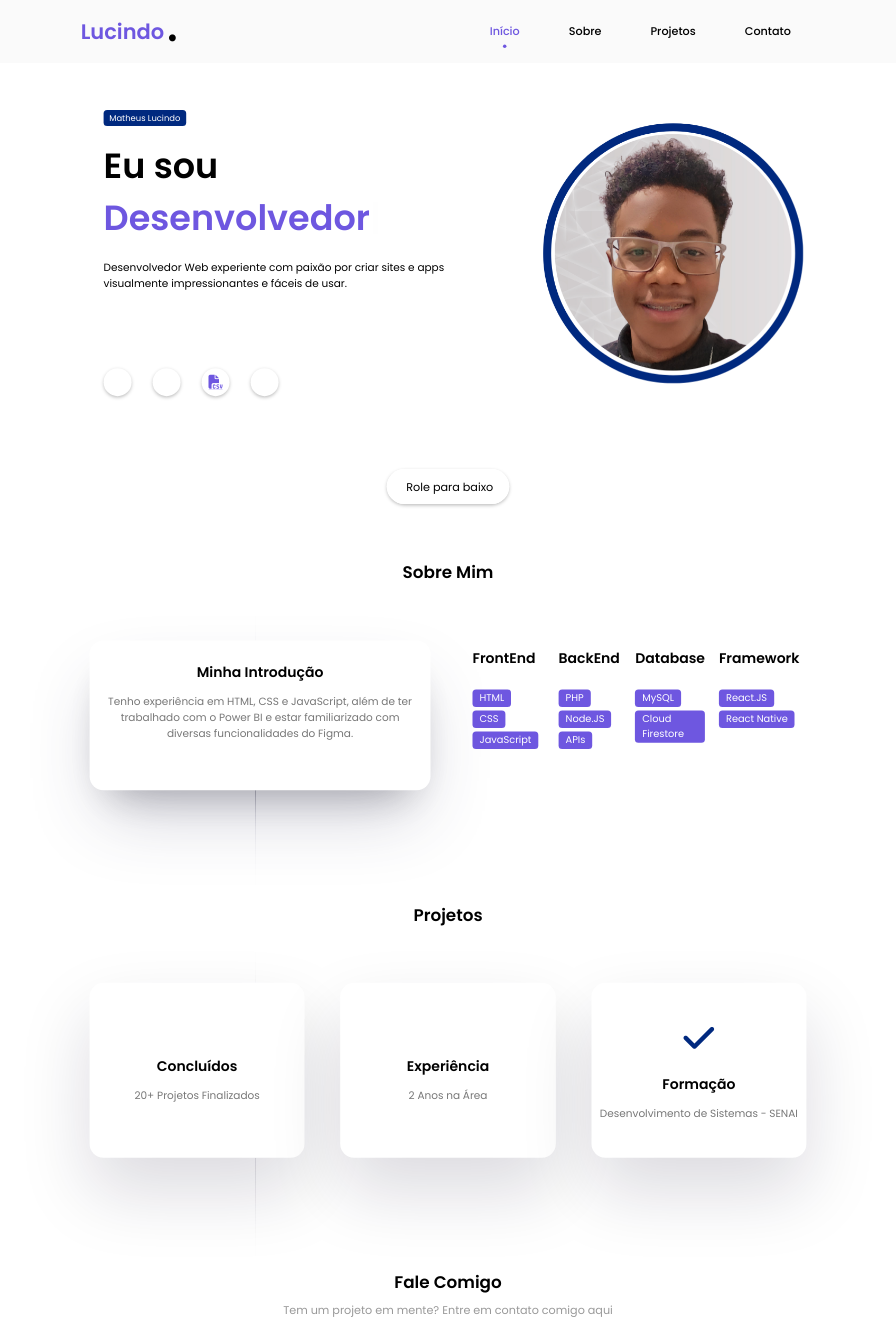
Repository: Matheus904-12/Potif-lioPremium
Page: index.html
These files come from the project's save history. The page is drawn as it stood at one moment and after the next save; the edit follows.
The browser window is 1280 px wide. The pictures show the part of the page from y = 0 to 1920 px (the page is 2734 px tall), at 70% of full size.
Some icons come from a web library that is not loaded, so they are not drawn. Some web libraries are served in a nearby version.

Above is the page before, as saved 2025-02-02 13:53:26.

After the next save:
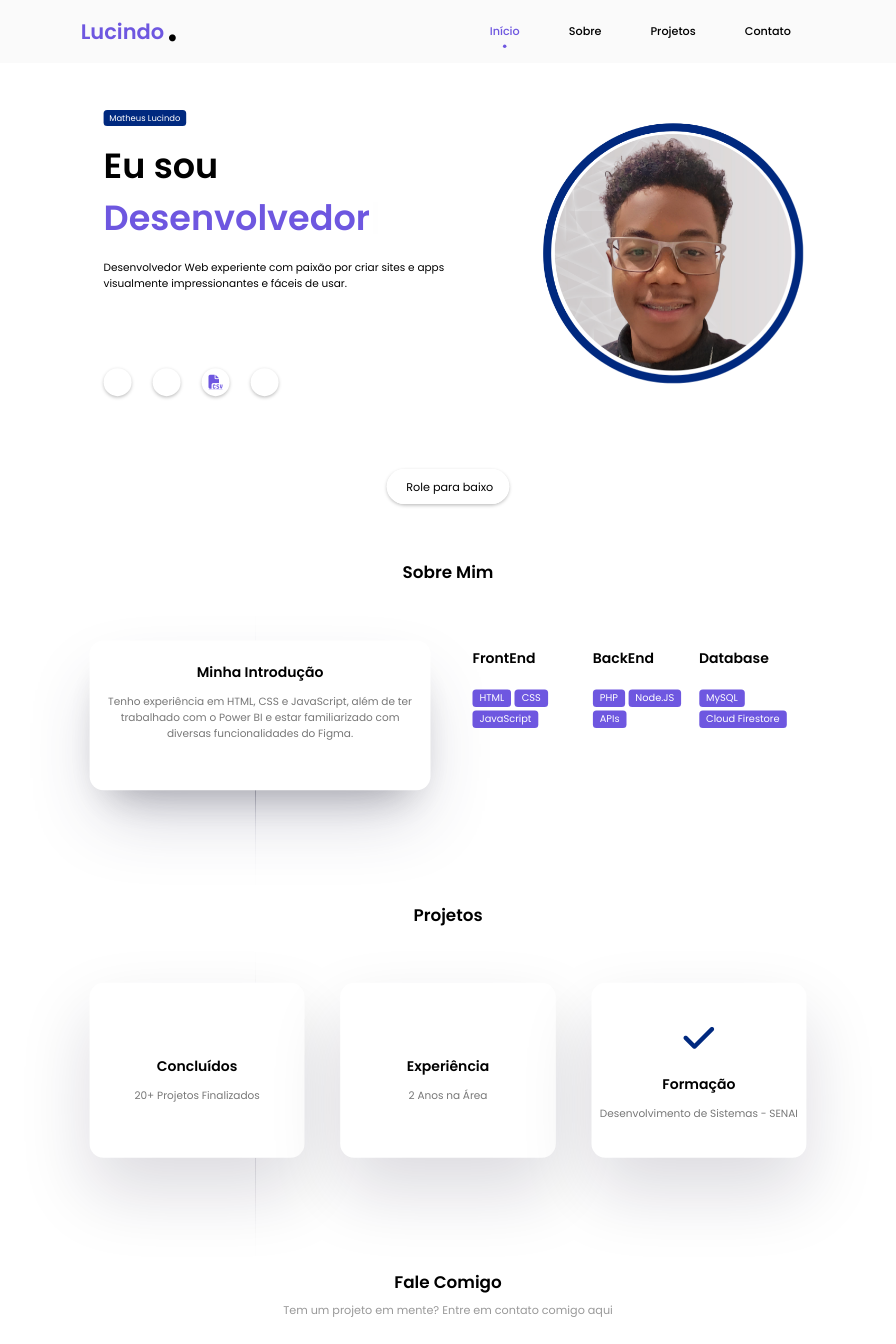
Saved 31 s later.
--- a/index.html
+++ b/index.html
@@ -138,15 +138,6 @@
                             <div class="skills-list">
                                 <span>MySQL</span>
                                 <span>Cloud Firestore</span>
-                            </div>
-                        </div>
-                        <div class="skills-box">
-                            <div class="skills-header">
-                                <h3>Framework</h3>
-                            </div>
-                            <div class="skills-list">
-                                <span>React.JS</span>
-                                <span>React Native</span>
                             </div>
                         </div>
                     </div>
